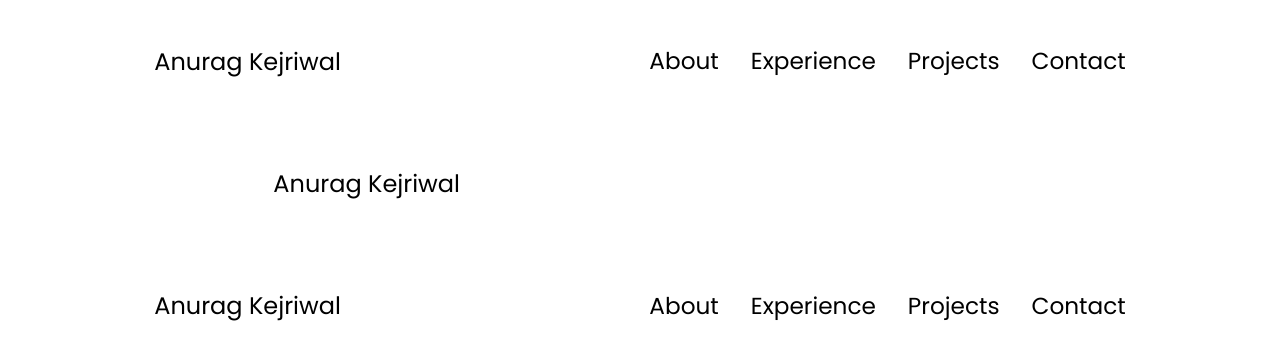
Repository: anuragkej/OldPortfolio
Page: index.html
These files come from the project's save history. The page is drawn as it stood at one moment and after the next save; the edit follows.
The browser window is 1280 px wide. The pictures show the whole page.

Above is the page before, as saved 2024-05-25 20:24:22.

After the next save:
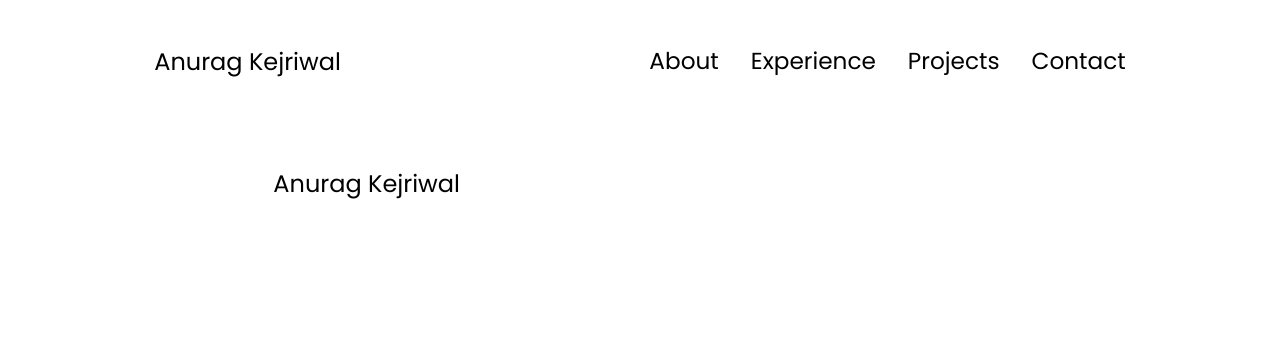
Saved 36 s later.
--- a/index.html
+++ b/index.html
@@ -22,35 +22,14 @@
     <nav id="hamburger-nav">
         <div class="logo">Anurag Kejriwal</div>
         <div class="hamburger-menu">
-            <div class="hamburger-icon"></div>
+            <div class="hamburger-icon" onclick="toggleMenu()">
+                <span></span>
+                <span></span>
+                <span></span>
+            </div>
         </div>
     </nav>
     <script src="script.js"></script>
 
 </body>
 </html>
-<!DOCTYPE html>
-<html lang="en">
-<head>
-    <meta charset="UTF-8">
-    <meta name="viewport" content="width=device-width, initial-scale=1.0">
-    <title>Personal Portfolio</title>
-    <link rel="stylesheet" href="style.css">
-    <link rel="stylesheet" href="mediaqueries.css">
-</head>
-<body>
-    <nav id="desktop-nav">
-        <div class="logo">Anurag Kejriwal</div>
-        <div>
-            <ul class="nav-links">
-                <li><a href="#about">About</a></li>
-                <li><a href="#experience">Experience</a></li>
-                <li><a href="#projects">Projects</a></li>
-                <li><a href="#contact">Contact</a></li>
-            </ul>
-        </div>
-    </nav>
-    <script src="script.js"></script>
-
-</body>
-</html>
